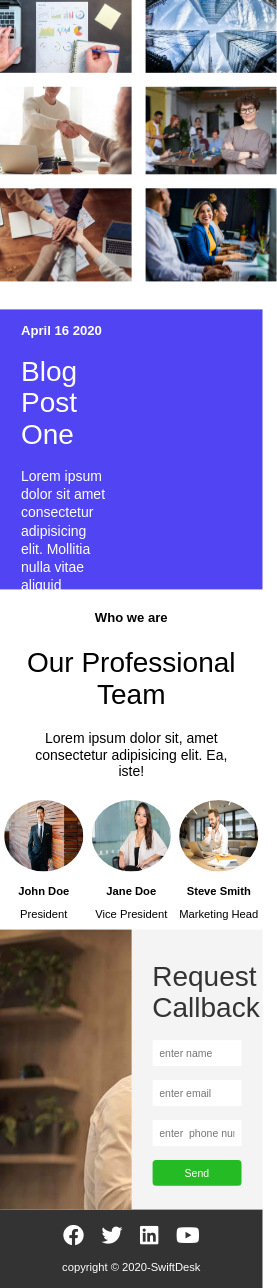
Repository: reemoon-ctrl/swiftdisk-Website-Flexbox
Page: index.html
An editor plug-in stored every save of this project. The page is shown before and after the next save, followed by the edit.
The browser window is 375 px wide. The page is 395 px wide, so the pictures cover 395 px, including what lies to the right of the window. The pictures show the part of the page from y = 2790 to 5030 px (the page is 4630 px tall before and 5030 px after), at 70% of full size.
Some web fonts or font styles are not loaded; a fallback is used.

Above is the page before, as saved 2024-07-28 10:19:31.

After the next save:
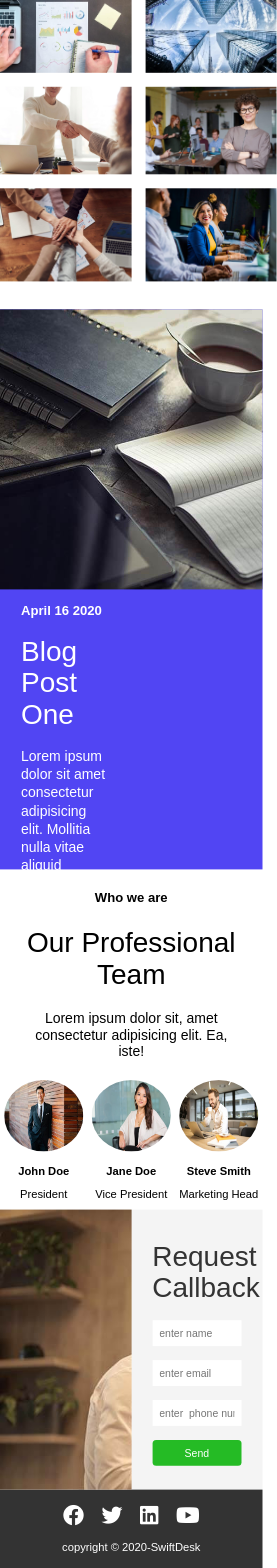
Saved 5 s later.
--- a/media.css
+++ b/media.css
@@ -46,7 +46,7 @@
     }
     .img{
         width:100% ;
-        height: ;
+        height: 400px;
     }
 
 }

After the save that followed:
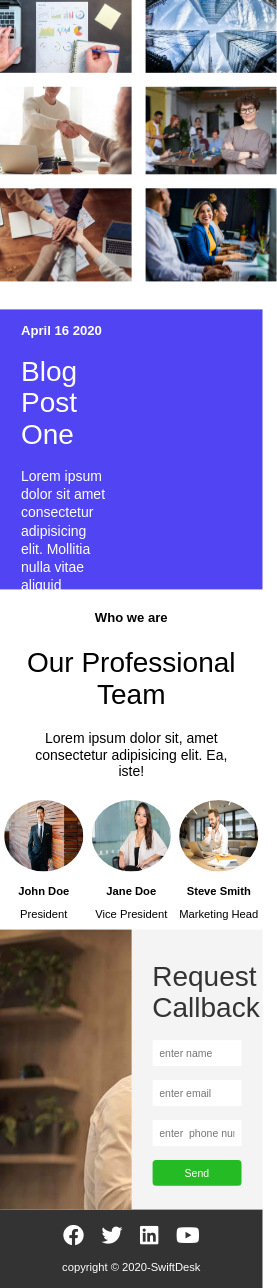
Saved 10 s later.
--- a/media.css
+++ b/media.css
@@ -46,7 +46,7 @@
     }
     .img{
         width:100% ;
-        height: 400px;
+        height: ;
     }
 
 }
